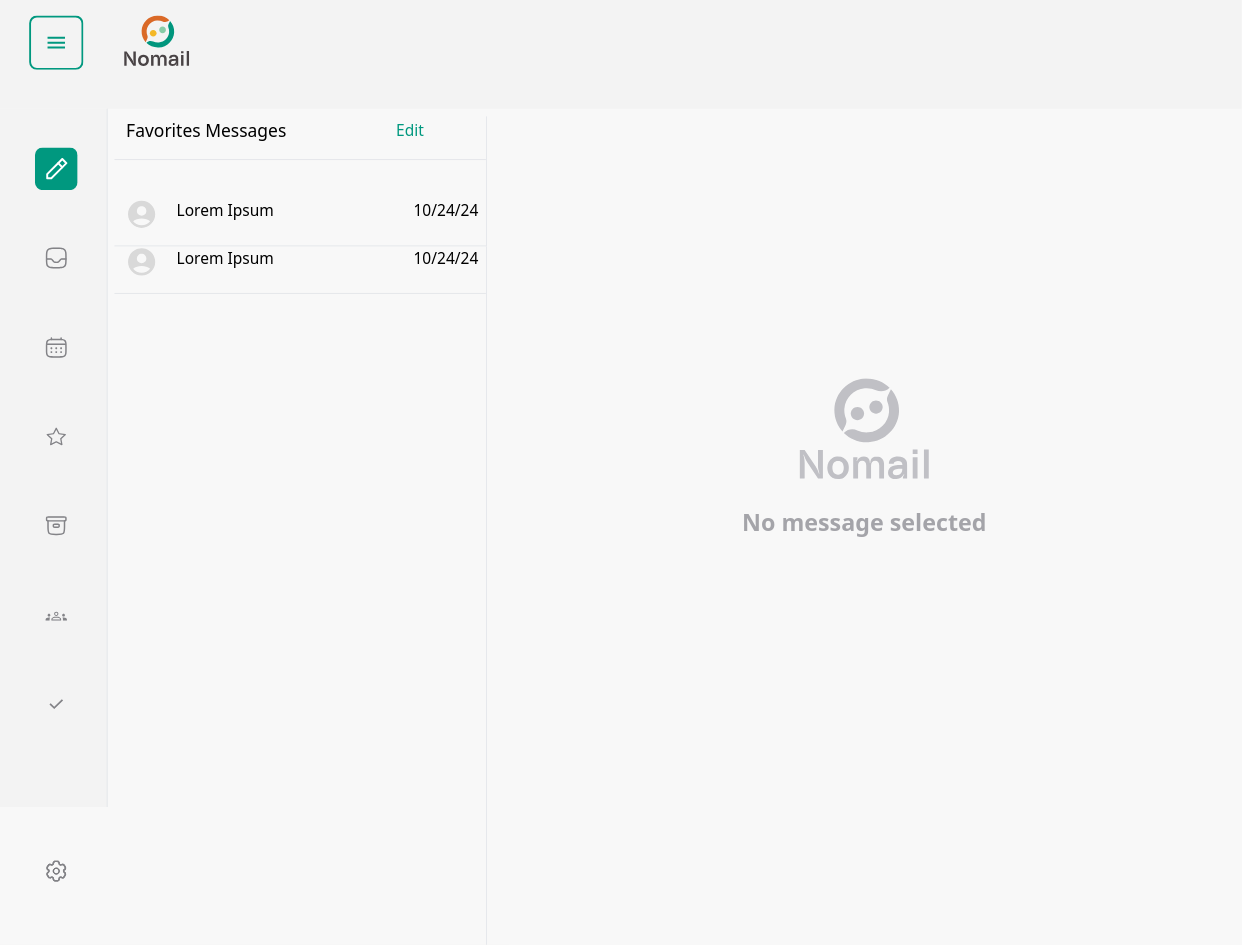
Repository: Tofigkh1/Nomail-Project
Page: /archive (app in client/)
An editor plug-in stored every save of this project. The page is shown before and after a run of saves, followed by the edit.
The browser window is 1280 px wide. The pictures show the whole page, at 97% of full size.
The project was rebuilt for these pictures with package versions that can differ from the ones it lists, and the page was loaded fresh each time. The framework's server and built-in components were replaced by stand-ins that run in the browser. Also part of the build but not shown: client/next.config.mjs, client/components/shared/svg/calendarActiveSvg.jsx, client/components/shared/svg/FavoritesActiveSvg.jsx.

Above is the page before, as saved 2024-10-30 05:00:18.

### client/app/layout.tsx

import type { Metadata } from "next";
import localFont from "next/font/local";
import "./Styles/globals.css";


const geistSans = localFont({
  src: "./fonts/GeistVF.woff",
  variable: "--font-geist-sans",
  weight: "100 900",
});
const geistMono = localFont({
  src: "./fonts/GeistMonoVF.woff",
  variable: "--font-geist-mono",
  weight: "100 900",
});

export const metadata: Metadata = {
  title: "Create Next App",
  description: "Generated by create next app",
};

export default function RootLayout({
  children,
}: Readonly<{
  children: React.ReactNode;
}>) {
  return (
    <html lang="en">
      <body
        className={`${geistSans.variable} ${geistMono.variable} antialiased`}
      >
        {children}

      </body>
    </html>
  );
}

### client/app/archive/page.tsx
"use client";
import Sidebar, { SidebarItem, SidebarContext } from '../../components/shared/client/SideBarMenu/sideBarMenu';
import NomailPaleSvg from '../../components/shared/svg/nomailPaleSvg';
import NewMail from '../../components/shared/svg/newMail';
import InboxSvg from '../../components/shared/svg/InboxSvg';
import CalendarSvg from '../../components/shared/svg/calendarSvg';
import FavoritesSvg from '../../components/shared/svg/FavoritesSvg';
import ArchiveSvg from '../../components/shared/svg/ArchiveSvg';
import GroupSvg from '../../components/shared/svg/groupSvg';
import TodoSvg from '../../components/shared/svg/TodoSvg';
import { usePathname } from 'next/navigation';
import { useRouter } from 'next/router';
import { useState } from 'react';
import CalendarActiveSvg from "../../components/shared/svg/calendarActiveSvg";
import SettingSvg from "../../components/shared/svg/settingSvg";
import FavoritesActiveSvg from "../../components/shared/svg/FavoritesActiveSvg";
import FavoritesMessage from '@/components/shared/client/FavoritesMessage';
import Header from '@/components/shared/client/Header/header';
import ArchiveMessage from '@/components/shared/client/archiveMessage';


export default function ArchivePage() {
    const pathname = usePathname(); // Pathname'i almak için usePathname kullanıldı

    const [expanded, setExpanded] = useState(false)
    const sidebarWidth = expanded ? '200px' : '45px';


    return(
        <SidebarContext.Provider value={{ expanded, setExpanded }}>
        <div>
        <Header />
        <div className="flex">
               <div style={{ width: sidebarWidth }}>
                        <Sidebar>
                            <SidebarItem
                                icon={<NewMail />}
                                text="New Mail"
                                active={false}
                                onClick={() => {}} // Handle clicks if needed
                            />
                            <SidebarItem
                                icon={<InboxSvg />}
                                text="Inbox"
                                active={false}
                                onClick={() => {}}

                            />
                            <SidebarItem
                                icon={pathname === '/calendar' ? <CalendarActiveSvg /> : <CalendarSvg />}
                                active={pathname === '/calendar'}
                                text="Calendar"
                                onClick={() => push('/calendar')}
                                style={pathname === '/calendar' ? { color: 'green' } : {}}
                            />
                            <SidebarItem
                                 icon={pathname === '/favorites' ? <FavoritesActiveSvg /> : <FavoritesSvg />}
                                 active={pathname === '/favorites'}
                                 text="Favorites"
                                 onClick={() => push('/favorites')}
                                 style={pathname === '/favorites' ? { color: 'green' } : {}}
                            />
                            <SidebarItem
                                icon={<ArchiveSvg />}
                                text="Archive"
                                active={false}
                                onClick={() => {}}
                            />
                            <SidebarItem
                                icon={<GroupSvg />}
                                text="Groups"
                                active={false}
                                onClick={() => {}}
                            />
                            <SidebarItem
                                icon={<TodoSvg />}
                                text="To do"
                                active={false}
                                onClick={() => {}}
                            />

                            {/* Settings item moved to the bottom */}
                            <div className=" mt-28">
                                <SidebarItem
                                    icon={<SettingSvg />}
                                    text="Settings"
                                    active={false}
                                    onClick={() => {}}
                                />
                            </div>
                        </Sidebar>
                    </div>

                          {/* MainFrameMessage Section */}
      <div style={{ marginLeft: "73px" }} className="">
                        <ArchiveMessage />

                    </div>


      {/* No message section */}
      <div className="flex flex-grow justify-center items-center h-screen flex-col font-semibold text-textGray gap-7 text-2xl">
                        <NomailPaleSvg />
                        <h1>No message selected</h1>
                    </div>
                    </div>
        </div>
        </SidebarContext.Provider>
    )

}

### client/app/Styles/globals.css
@tailwind base;
@tailwind components;
@tailwind utilities;

body{
  background-color: #f8f8f8;
}

.App {
  font-family: sans-serif;
  text-align: center;
}


:root {
  --background: #ffffff;
  --foreground: #171717;
}

@media (prefers-color-scheme: dark) {
  :root {
    --background: #0a0a0a;
    --foreground: #ededed;
  }
}


@layer utilities {
  .text-balance {
    text-wrap: balance;
  }
}

### client/components/shared/client/SideBarMenu/sideBarMenu.tsx
'use client';
import React, {  useContext, ReactNode } from "react";
// import { ChevronFirst, ChevronLast } from "lucide-react";


export const SidebarContext = React.createContext<{ expanded: boolean; setExpanded: (expanded: boolean) => void; }>({
    expanded: false,
    setExpanded: () => {},
});

// Sidebar component now depends on context for state
export default function Sidebar({ children }: { children: ReactNode }) {
    const { expanded } = useContext(SidebarContext);

    return (
        <aside className="h-screen bg-headerColor">
            <nav
                className={`h-full flex flex-col bg-headerColor border-r border-whiteLight3 transition-all duration-200 ease-in-out ml-3 ${expanded ? "w-[127%] h-[130%] " : "w-[99px]"}`}>

                <ul className=" flex-1 px-3">{children}</ul>
            </nav>
        </aside>
    );
}

// SidebarItem component for individual items inside the sidebar
type SidebarItemProps = {
    icon: ReactNode;   // Icon to display in the sidebar item
    text: string;      // Text to display in the sidebar item
    active: boolean;   // Boolean to determine if the item is active (highlighted)
    onClick: () => void; // Add onClick function to handle clicks
    style?: React.CSSProperties;
};

export function SidebarItem({icon, text, active, onClick,style}: SidebarItemProps) {
    const context = useContext(SidebarContext); // Sidebar context to manage expanded/collapsed state
    const {expanded} = context!;

    return (

        <li
            onClick={onClick} // Attach the click handler here
            style={style}
            className={`group relative flex items-center py-2 px-3 my-1 font-medium rounded-md cursor-pointer transition-colors mt-8
                ${
                  active
                    ? "text-mainRedLight" // Active item style
                    : expanded || active // Eğer expanded true ise hover stilini ekle
                    ? "hover:bg-textColorGreen"
                    : "" // Expanded değilse hover stili olmasın
                }`}
        >

            <span className="text-xl transition-all duration-300 ease-in-out">
        {icon}
      </span>

            {/* Text büyütüldü ve boşluk artırıldı */}
            {expanded && (
                <span className="ml-4 text-xl text-black transition-all duration-300 ease-in-out ">
          {text}
        </span>
            )}


            {!expanded && (
                <span
                    className={` absolute left-full whitespace-nowrap bg-textColorGreen text-white rounded-md py-1 px-2 transition-all duration-300 ease-in-out ml-2 opacity-0 group-hover:opacity-100`}
                >
          {text}
        </span>
            )}
        </li>
    );
}

### client/components/shared/svg/newMail.jsx
'use client'
export default function  newMail(){
    return(
        <>
            <svg width="44" height="44" viewBox="0 0 44 44" fill="none" xmlns="http://www.w3.org/2000/svg">
                <rect width="44" height="44" rx="8" fill="#00987F"/>
                <path fill-rule="evenodd" clip-rule="evenodd"
                      d="M27.5115 11.2439C27.902 10.8534 28.5351 10.8534 28.9257 11.2438L33.1687 15.4863C33.3562 15.6739 33.4616 15.9282 33.4616 16.1935C33.4616 16.4587 33.3562 16.7131 33.1687 16.9006L17.6122 32.4571C17.4247 32.6446 17.1703 32.75 16.9051 32.75H12.6626C12.1103 32.75 11.6626 32.3023 11.6626 31.75V27.5075C11.6626 27.2423 11.768 26.9879 11.9555 26.8004L27.5115 11.2439ZM28.2187 13.3652L13.6626 27.9217V30.75H16.4909L31.0473 16.1935L28.2187 13.3652Z"
                      fill="white"/>
                <path fill-rule="evenodd" clip-rule="evenodd"
                      d="M23.269 15.4864C23.6595 15.0959 24.2927 15.0959 24.6832 15.4864L28.9257 19.7289C29.3162 20.1194 29.3162 20.7526 28.9257 21.1431C28.5352 21.5336 27.902 21.5336 27.5115 21.1431L23.269 16.9006C22.8784 16.5101 22.8784 15.8769 23.269 15.4864Z"
                      fill="white"/>
            </svg>


        </>
    )
}

### client/components/shared/svg/FavoritesSvg.jsx
'use client'
export default function  favoritesSvg(){
    return(
        <>
            <svg width="44" height="44" viewBox="0 0 44 44" fill="none" xmlns="http://www.w3.org/2000/svg">
                <path
                    d="M15.5808 30.2201C15.4833 30.7528 16.0307 31.1692 16.5132 30.9316L22.0006 28.2246L27.4868 30.9316C27.9693 31.1692 28.5168 30.7528 28.4193 30.2213L27.3818 24.5457L31.7842 20.5188C32.1967 20.142 31.9842 19.4533 31.4317 19.3789L25.3093 18.5438L22.5794 13.3517C22.5274 13.2465 22.4453 13.1576 22.3428 13.0953C22.2402 13.0331 22.1214 13 22 13C21.8787 13 21.7598 13.0331 21.6573 13.0953C21.5547 13.1576 21.4727 13.2465 21.4206 13.3517L18.6907 18.545L12.5683 19.3801C12.0171 19.4545 11.8033 20.1432 12.2146 20.52L16.6182 24.5469L15.5808 30.2225V30.2201ZM21.7119 26.8999L17.1045 29.1725L17.972 24.4245C17.9928 24.3152 17.9852 24.2026 17.9496 24.0969C17.914 23.9911 17.8517 23.8955 17.7682 23.8185L14.1358 20.4948L19.2007 19.8037C19.3054 19.788 19.4046 19.7484 19.4901 19.6883C19.5756 19.6281 19.6448 19.5492 19.6919 19.4581L21.9981 15.0688L24.3068 19.4581C24.354 19.5492 24.4232 19.6281 24.5086 19.6883C24.5941 19.7484 24.6934 19.788 24.7981 19.8037L29.863 20.4936L26.2306 23.8173C26.1469 23.8944 26.0844 23.9903 26.0488 24.0962C26.0133 24.2022 26.0057 24.315 26.0268 24.4245L26.8943 29.1725L22.2869 26.8999C22.1979 26.8555 22.0991 26.8324 21.9988 26.8324C21.8985 26.8324 21.8009 26.8555 21.7119 26.8999Z"
                    fill="#A4A4A9"/>
                <path
                    d="M15.5808 30.2201C15.4833 30.7528 16.0307 31.1692 16.5132 30.9316L22.0006 28.2246L27.4868 30.9316C27.9693 31.1692 28.5168 30.7528 28.4193 30.2213L27.3818 24.5457L31.7842 20.5188C32.1967 20.142 31.9842 19.4533 31.4317 19.3789L25.3093 18.5438L22.5794 13.3517C22.5274 13.2465 22.4453 13.1576 22.3428 13.0953C22.2402 13.0331 22.1214 13 22 13C21.8787 13 21.7598 13.0331 21.6573 13.0953C21.5547 13.1576 21.4727 13.2465 21.4206 13.3517L18.6907 18.545L12.5683 19.3801C12.0171 19.4545 11.8033 20.1432 12.2146 20.52L16.6182 24.5469L15.5808 30.2225V30.2201ZM21.7119 26.8999L17.1045 29.1725L17.972 24.4245C17.9928 24.3152 17.9852 24.2026 17.9496 24.0969C17.914 23.9911 17.8517 23.8955 17.7682 23.8185L14.1358 20.4948L19.2007 19.8037C19.3054 19.788 19.4046 19.7484 19.4901 19.6883C19.5756 19.6281 19.6448 19.5492 19.6919 19.4581L21.9981 15.0688L24.3068 19.4581C24.354 19.5492 24.4232 19.6281 24.5086 19.6883C24.5941 19.7484 24.6934 19.788 24.7981 19.8037L29.863 20.4936L26.2306 23.8173C26.1469 23.8944 26.0844 23.9903 26.0488 24.0962C26.0133 24.2022 26.0057 24.315 26.0268 24.4245L26.8943 29.1725L22.2869 26.8999C22.1979 26.8555 22.0991 26.8324 21.9988 26.8324C21.8985 26.8324 21.8009 26.8555 21.7119 26.8999Z"
                    fill="black" fill-opacity="0.2"/>
            </svg>


        </>
    )
}

### client/components/shared/svg/ArchiveSvg.jsx
'use client'
export default function archiveSvg(){
    return(
        <>
            <svg width="44" height="44" viewBox="0 0 44 44" fill="none" xmlns="http://www.w3.org/2000/svg">
                <path
                    d="M19 22C19 21.534 19 21.301 19.076 21.117C19.1777 20.8725 19.3723 20.6783 19.617 20.577C19.801 20.5 20.034 20.5 20.5 20.5H23.5C23.966 20.5 24.199 20.5 24.383 20.576C24.6275 20.6777 24.8217 20.8723 24.923 21.117C25 21.301 25 21.534 25 22C25 22.466 25 22.699 24.924 22.883C24.8223 23.1275 24.6277 23.3217 24.383 23.423C24.199 23.5 23.966 23.5 23.5 23.5H20.5C20.034 23.5 19.801 23.5 19.617 23.424C19.3725 23.3223 19.1783 23.1277 19.077 22.883C19 22.699 19 22.466 19 22Z"
                    stroke="#A4A4A9" stroke-width="1.5"/>
                <path
                    d="M19 22C19 21.534 19 21.301 19.076 21.117C19.1777 20.8725 19.3723 20.6783 19.617 20.577C19.801 20.5 20.034 20.5 20.5 20.5H23.5C23.966 20.5 24.199 20.5 24.383 20.576C24.6275 20.6777 24.8217 20.8723 24.923 21.117C25 21.301 25 21.534 25 22C25 22.466 25 22.699 24.924 22.883C24.8223 23.1275 24.6277 23.3217 24.383 23.423C24.199 23.5 23.966 23.5 23.5 23.5H20.5C20.034 23.5 19.801 23.5 19.617 23.424C19.3725 23.3223 19.1783 23.1277 19.077 22.883C19 22.699 19 22.466 19 22Z"
                    stroke="black" stroke-opacity="0.2" stroke-width="1.5"/>
                <path
                    d="M30.5 17V23C30.5 26.771 30.5 28.657 29.328 29.828C28.157 31 26.271 31 22.5 31H21.5C17.729 31 15.843 31 14.672 29.828C13.5 28.657 13.5 26.771 13.5 23V17"
                    stroke="#A4A4A9" stroke-width="1.5" stroke-linecap="round"/>
                <path
                    d="M30.5 17V23C30.5 26.771 30.5 28.657 29.328 29.828C28.157 31 26.271 31 22.5 31H21.5C17.729 31 15.843 31 14.672 29.828C13.5 28.657 13.5 26.771 13.5 23V17"
                    stroke="black" stroke-opacity="0.2" stroke-width="1.5" stroke-linecap="round"/>
                <path
                    d="M12 15C12 14.057 12 13.586 12.293 13.293C12.586 13 13.057 13 14 13H30C30.943 13 31.414 13 31.707 13.293C32 13.586 32 14.057 32 15C32 15.943 32 16.414 31.707 16.707C31.414 17 30.943 17 30 17H14C13.057 17 12.586 17 12.293 16.707C12 16.414 12 15.943 12 15Z"
                    stroke="#A4A4A9" stroke-width="1.5"/>
                <path
                    d="M12 15C12 14.057 12 13.586 12.293 13.293C12.586 13 13.057 13 14 13H30C30.943 13 31.414 13 31.707 13.293C32 13.586 32 14.057 32 15C32 15.943 32 16.414 31.707 16.707C31.414 17 30.943 17 30 17H14C13.057 17 12.586 17 12.293 16.707C12 16.414 12 15.943 12 15Z"
                    stroke="black" stroke-opacity="0.2" stroke-width="1.5"/>
            </svg>

        </>
    )
}

### client/components/shared/svg/TodoSvg.jsx
'use client'
export default function  todoSvg(){
    return(
        <>
            <svg width="44" height="44" viewBox="0 0 44 44" fill="none" xmlns="http://www.w3.org/2000/svg">
                <path d="M19.8957 27L15 22.2599L16.2239 21.0748L19.8957 24.6299L27.7761 17L29 18.185L19.8957 27Z"
                      fill="#A4A4A9"/>
                <path d="M19.8957 27L15 22.2599L16.2239 21.0748L19.8957 24.6299L27.7761 17L29 18.185L19.8957 27Z"
                      fill="black" fill-opacity="0.2"/>
            </svg>

        </>
    )
}

### client/components/shared/client/Header/header.tsx
'use client';
import { useContext } from "react";
import { SidebarContext } from '../SideBarMenu/sideBarMenu'; // Import context
import NomailLogo from "@/components/shared/svg/headerlLogoSvg";
import HamburgerBtnSvg from "../../svg/hamburgerBtnSvg"



export default function Header() {

    const { expanded, setExpanded } = useContext(SidebarContext); // Access context

    return (
        <div className="flex items-center justify-between p-4 bg-headerColor text-white">
            <div className='w-auto h-20 flex gap-14'>

                <div>
                    <button onClick={() => setExpanded(!expanded)}
                            className="pl-3.5  hover:bg-clientButtonGreen w-14 h-11">
                        <HamburgerBtnSvg/>
                    </button>
                </div>

                <div>
                    <NomailLogo/>
                </div>


            </div>
        </div>
    );
}

### client/components/shared/client/archiveMessage/index.tsx
// import CheckboxComponent from "../CheckBox";
// import SearchIconSvg from "../../svg/SearchIconSvg";
import ProfileSvg from "../../../../components/shared/svg/ProfileSvg"

export default function ArchiveMessage() {

    return (
        <>

        <div className=" ">
            <div className='w-96  border-r border-whiteLight3 '>







                <div className='flex text-textColGreen font-medium justify-between mt-2'>
                <h1 className="text-black ml-3 text-lg">Favorites Messages</h1>
                    <button className=" mr-16">Edit</button>
                </div>
                <div className="border-b border-whiteLight3 mt-4 w-full"></div>

                <div className=" mt-10">

                    <div className=" flex gap-36 ml-3">



                <div className=" flex gap-5">
                <ProfileSvg/>
                <h1>Lorem Ipsum</h1>

                </div>

                <div>
                <h1 className="">10/24/24</h1>
                </div>

                </div>



                </div>
                <div className="border-b border-whiteLight3 mt-4 w-full">

</div>
            </div>


            <div className='w-96 h-screen border-r border-whiteLight3 '>


               <div className=" flex gap-36 ml-3">



           <div className=" flex gap-5">
           <ProfileSvg/>
           <h1>Lorem Ipsum</h1>

           </div>

           <div>
           <h1 className="">10/24/24</h1>
           </div>

           </div>


           <div className="border-b border-whiteLight3 mt-4 w-full">
           </div>
           </div>


           </div>
        </>
    );
}

### client/components/shared/svg/hamburgerBtnSvg.jsx
'use client'
export default function  HamburgerBtnSvg(){
    return(
        <>
            <svg width="56" height="56" viewBox="0 0 56 56" fill="none" xmlns="http://www.w3.org/2000/svg">
                <rect x="1" y="1" width="54" height="54" rx="7" stroke="#00987F" stroke-width="2"/>
                <path d="M19 22H37V24H19V22ZM19 27H37V29H19V27ZM19 32H37V34H19V32Z" fill="#00987F"/>
            </svg>


        </>
    )
}

### client/components/shared/svg/ProfileSvg.jsx
'use client'
export default function  ProfileSvg(){
    return(
        <>


            <svg width="32" height="32" viewBox="0 0 32 32" fill="none" xmlns="http://www.w3.org/2000/svg">
<g clip-path="url(#clip0_1904_19120)">
<path fill-rule="evenodd" clip-rule="evenodd" d="M16 2C8.2678 2 2 8.2678 2 16C2 23.7322 8.2678 30 16 30C23.7322 30 30 23.7322 30 16C30 8.2678 23.7322 2 16 2ZM11.1 12.5C11.1 11.8565 11.2267 11.2193 11.473 10.6249C11.7192 10.0304 12.0802 9.49018 12.5352 9.03518C12.9902 8.58017 13.5304 8.21924 14.1249 7.97299C14.7193 7.72674 15.3565 7.6 16 7.6C16.6435 7.6 17.2807 7.72674 17.8751 7.97299C18.4696 8.21924 19.0098 8.58017 19.4648 9.03518C19.9198 9.49018 20.2808 10.0304 20.527 10.6249C20.7733 11.2193 20.9 11.8565 20.9 12.5C20.9 13.7996 20.3838 15.0459 19.4648 15.9648C18.5459 16.8838 17.2996 17.4 16 17.4C14.7004 17.4 13.4541 16.8838 12.5352 15.9648C11.6162 15.0459 11.1 13.7996 11.1 12.5ZM24.7612 22.9776C23.7129 24.2955 22.3805 25.3597 20.8635 26.0908C19.3465 26.8219 17.684 27.2011 16 27.2C14.316 27.2011 12.6535 26.8219 11.1365 26.0908C9.61949 25.3597 8.28713 24.2955 7.2388 22.9776C9.5082 21.3494 12.605 20.2 16 20.2C19.395 20.2 22.4918 21.3494 24.7612 22.9776Z" fill="#D9D9D9"/>
</g>
<defs>
<clipPath id="clip0_1904_19120">
<rect width="32" height="32" fill="white"/>
</clipPath>
</defs>
</svg>


        </>
    )
}

### client/tailwind.config.ts
import type { Config } from "tailwindcss";

const config: Config = {
  content: [
    "./pages/**/*.{js,ts,jsx,tsx,mdx}",
    "./components/**/*.{js,ts,jsx,tsx,mdx}",
    "./app/**/*.{js,ts,jsx,tsx,mdx}",
  ],
  theme: {
    extend: {
      colors: {
        background: "var(--background)",
        foreground: "var(--foreground)",
        headerColor: "#F3F3F3",
        textColorGreen: "#00987F",
        textGray: "#A4A4A9",
        sideBarColor: "#E5E5E5",
        textColGreen: "#00987F",
        bordersColor: "#D1D1D6"
      },
    },
  },
  plugins: [],
};
export default config;

Loaded but not shown: client/components/shared/svg/settingSvg.jsx (25 lines, source omitted); client/components/shared/svg/calendarSvg.jsx (31 lines, source omitted); client/components/shared/svg/InboxSvg.jsx (17 lines, source omitted); client/components/shared/svg/groupSvg.jsx (17 lines, source omitted); client/components/shared/svg/nomailPaleSvg.jsx (38 lines, source omitted); client/components/shared/svg/headerlLogoSvg.jsx (38 lines, source omitted)

After the next 2 saves:
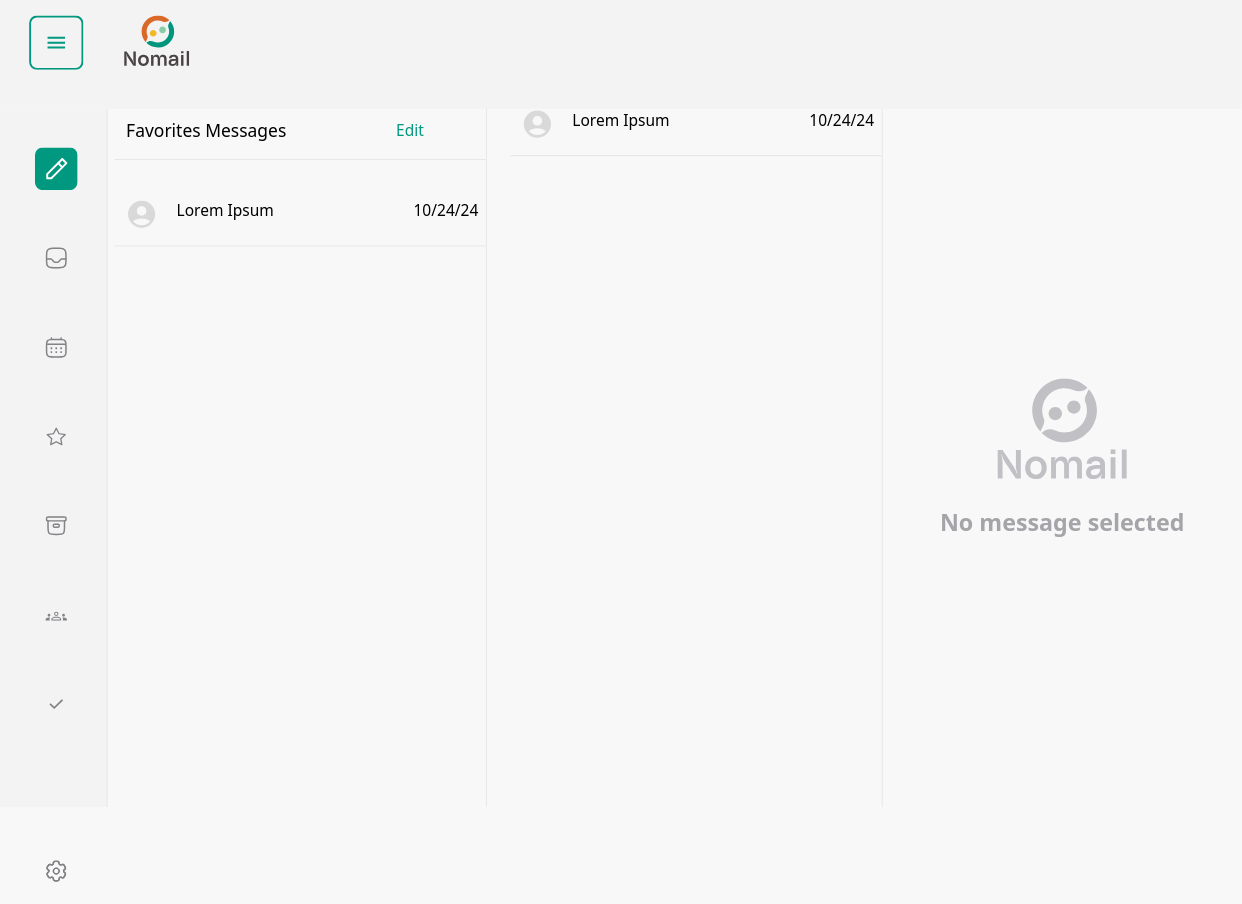
The 2 saves are shown as one change because they came seconds apart.
The last was saved 8 s later.
--- a/client/components/shared/client/archiveMessage/index.tsx
+++ b/client/components/shared/client/archiveMessage/index.tsx
@@ -7,7 +7,7 @@ export default function ArchiveMessage() {
     return (
         <>
 
-        <div className=" ">
+        <div className=" flex gap-6">
             <div className='w-96  border-r border-whiteLight3 '>
 
 
